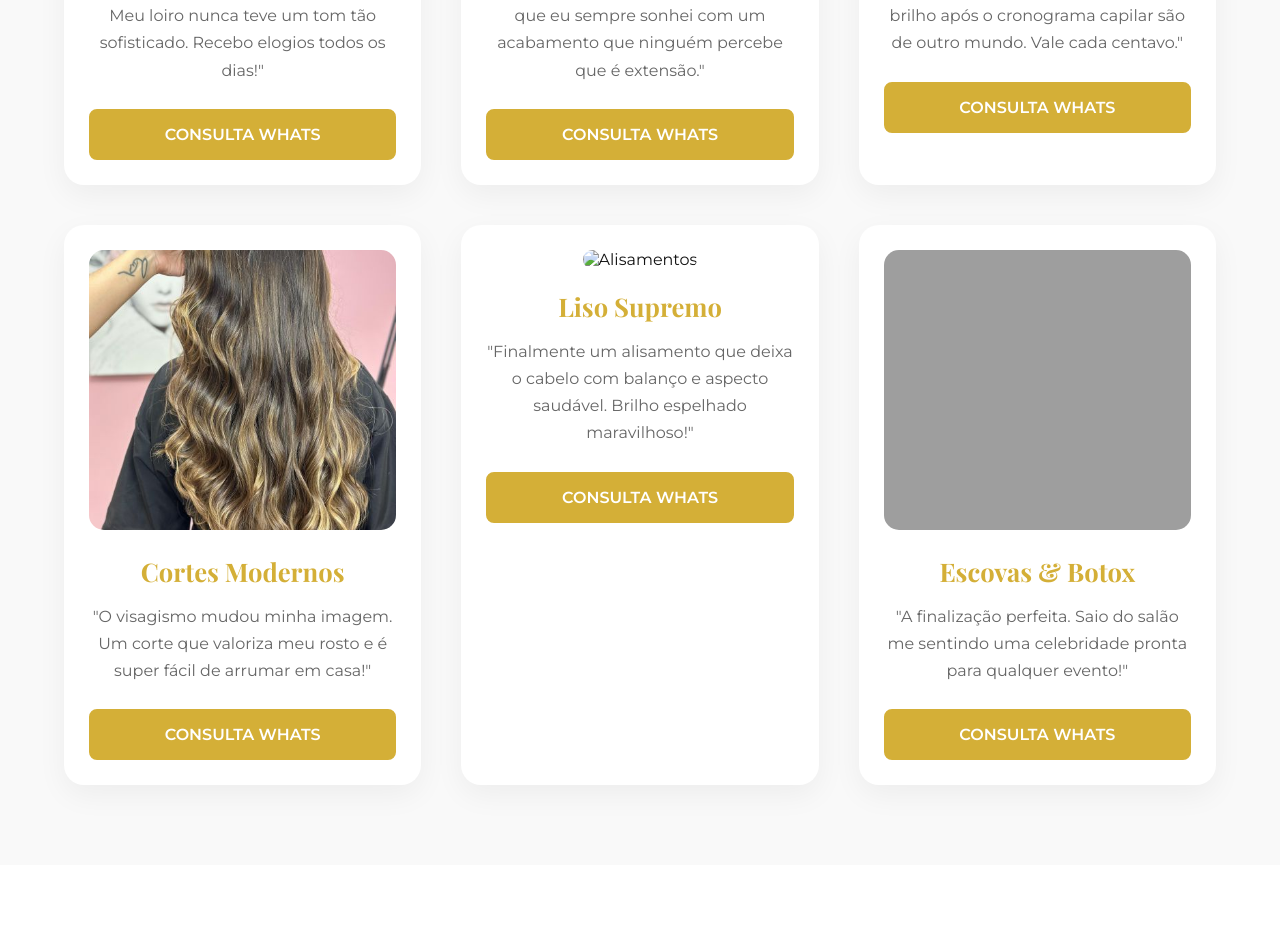
Repository: Sandro1969-tech/campanini-beauty
Page: index.html
An editor plug-in stored every save of this project. The page is shown before and after a run of saves, followed by the edit.
The browser window is 1280 px wide. The pictures show the part of the page from y = 1426 to 2378 px (the page is 3576 px tall before and 3604 px after).
Pictures or frames that could not be fetched are drawn as grey boxes. Some web fonts or font styles are not loaded; a fallback is used.

Above is the page before, as saved 2026-02-17 11:45:25.

After the next 2 saves:
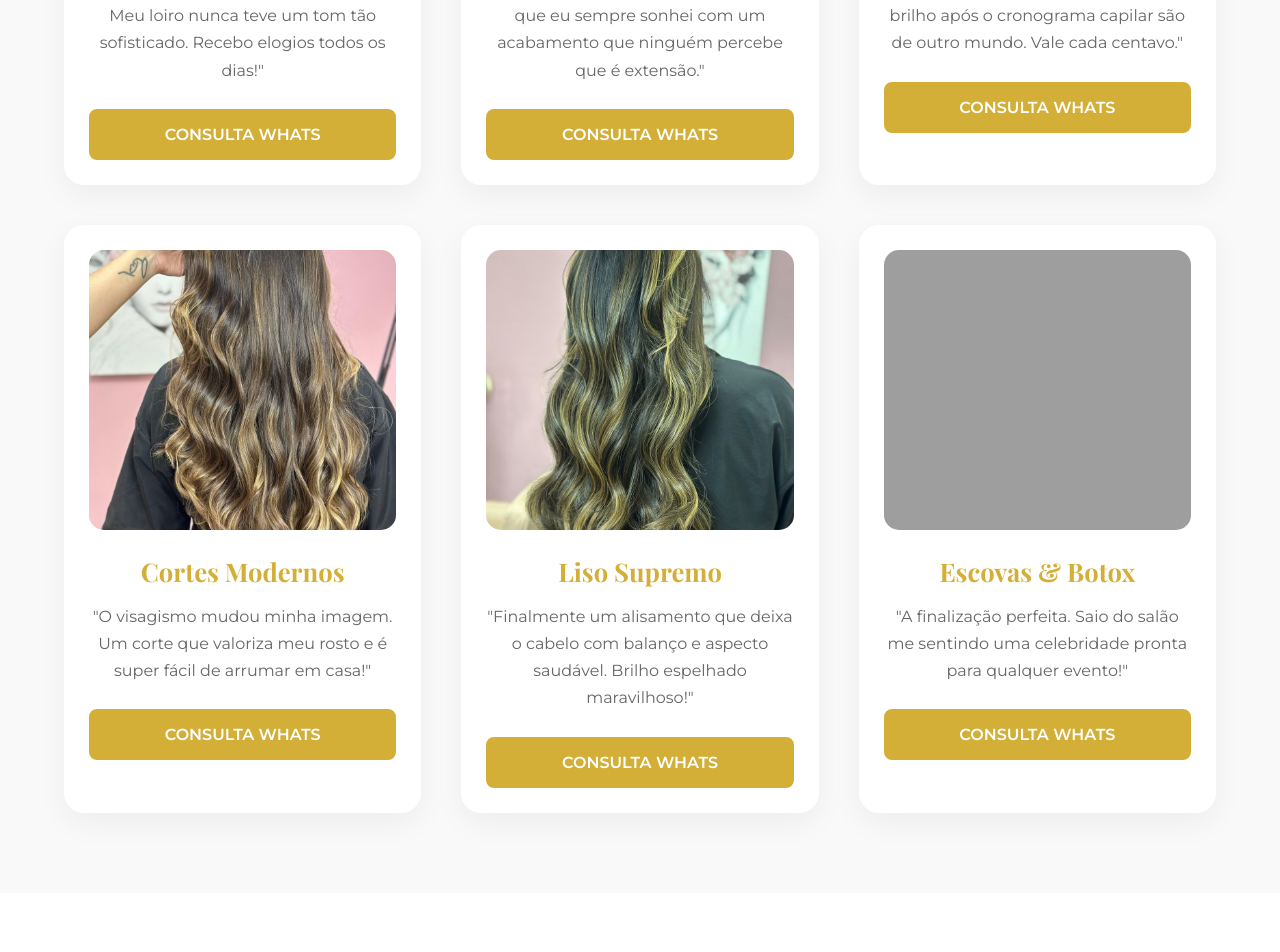
The 2 saves are shown as one change because they came seconds apart.
The last was saved 6 s later.
--- a/index.html
+++ b/index.html
@@ -259,7 +259,7 @@
                 <a href="https://wa.me/5511999999999" class="btn-ws">CONSULTA WHATS</a>
             </div>
             <div class="service-card">
-                <img src="" alt="Alisamentos">
+                <img src="assets/image/imagem5.jpg" alt="Alisamentos">
                 <h3>Liso Supremo</h3>
                 <p>"Finalmente um alisamento que deixa o cabelo com balanço e aspecto saudável. Brilho espelhado maravilhoso!"</p>
                 <a href="https://wa.me/5511999999999" class="btn-ws">CONSULTA WHATS</a>
